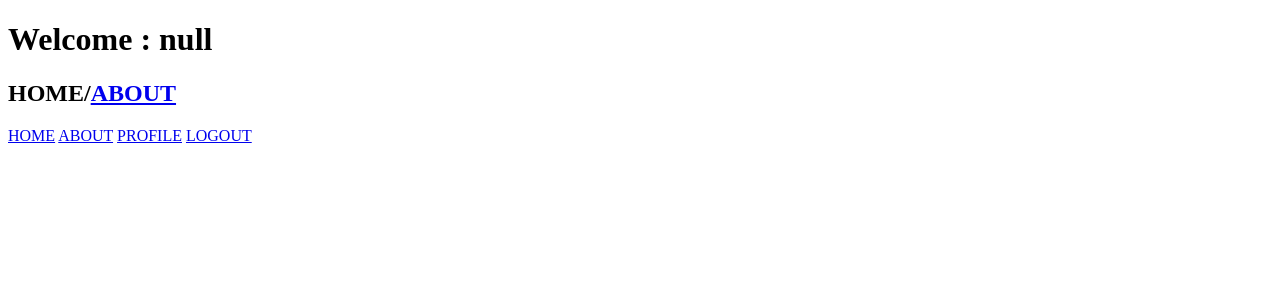
Repository: sarcasticbhuvie/ServletJSP
Page: http://localhost/03-HttpSessoin/about.jsp
These files come from the project's save history. The page is drawn as it stood at one moment and after the next save; the edit follows.
The browser window is 1280 px wide. The pictures show the whole page.
The page is served by Tomcat 10.

Above is the page before, as saved 2024-01-02 14:15:26.

After the next save:
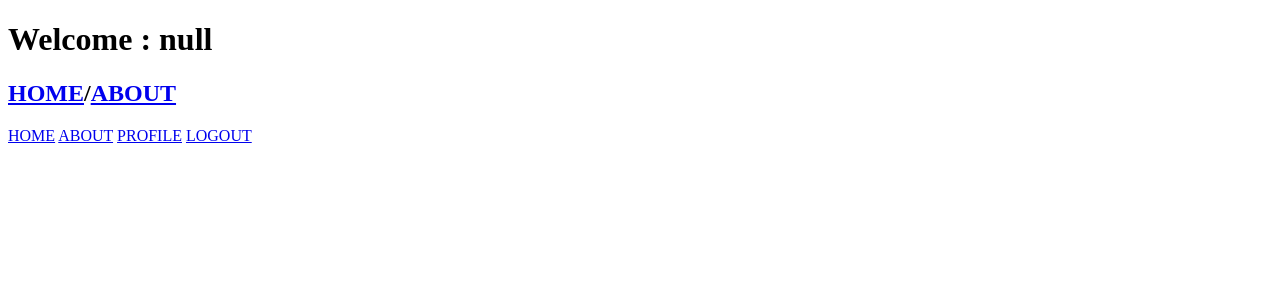
Saved 25 s later.
--- a/03-HttpSessoin/src/main/webapp/about.jsp
+++ b/03-HttpSessoin/src/main/webapp/about.jsp
@@ -11,7 +11,7 @@
 	String name = (String) session.getAttribute("name");
 %>
 	<h1>Welcome : <%= name %></h1>
-	<h2>HOME/<a href="about.jsp">ABOUT</a></h2>
+	<h2><a href="home.jsp">HOME</a>/<a href="about.jsp">ABOUT</a></h2>
 	<span><a href="home.jsp">HOME</a></span>
 	<span><a href="about.jsp">ABOUT</a></span>
 	<span><a href="profile.jsp">PROFILE</a></span>
